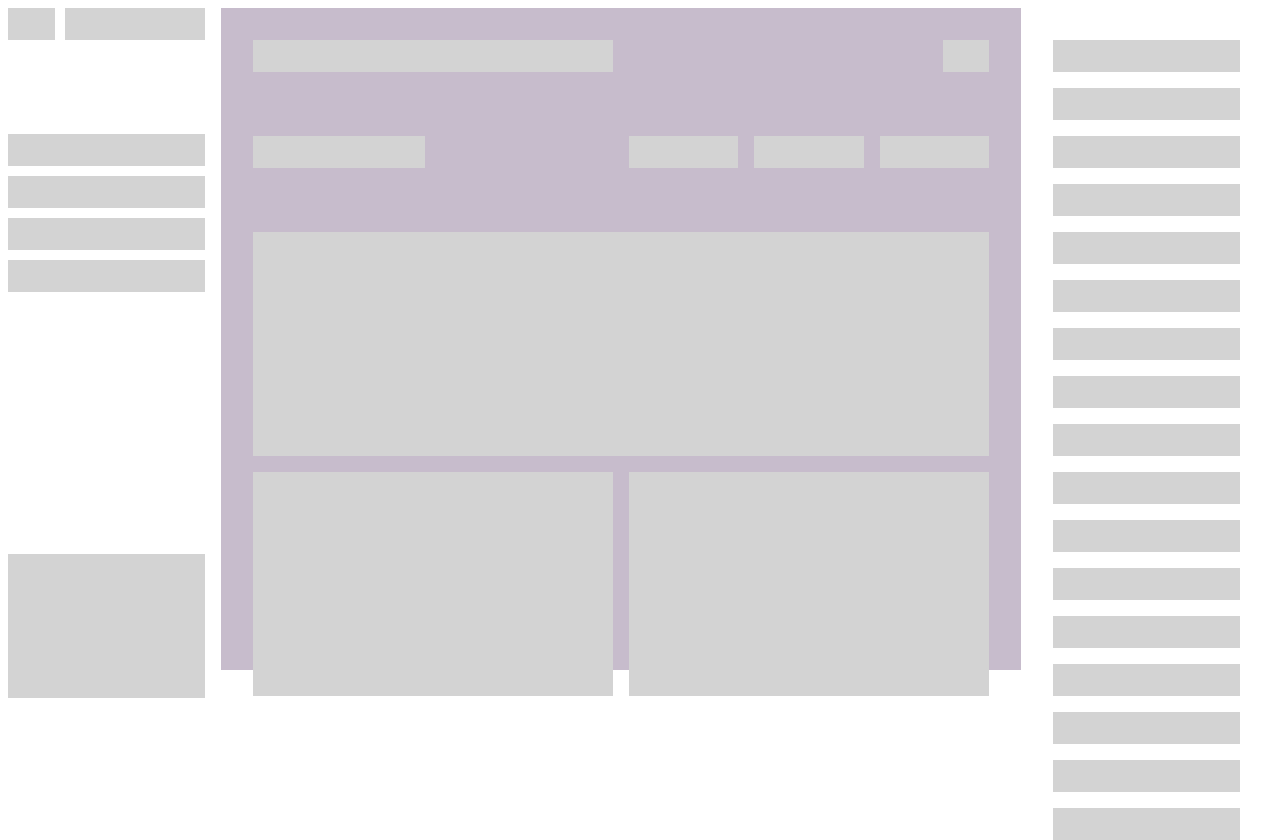
Repository: tr2cky/exercise2
Page: index.html
The author's editor kept a copy of each file at every save. The page is drawn from the files as they stood at one save, then again after the next save.
The browser window is 1280 px wide. The pictures show the whole page.

Above is the page before, as saved 2022-10-01 18:54:10.

After the next save:
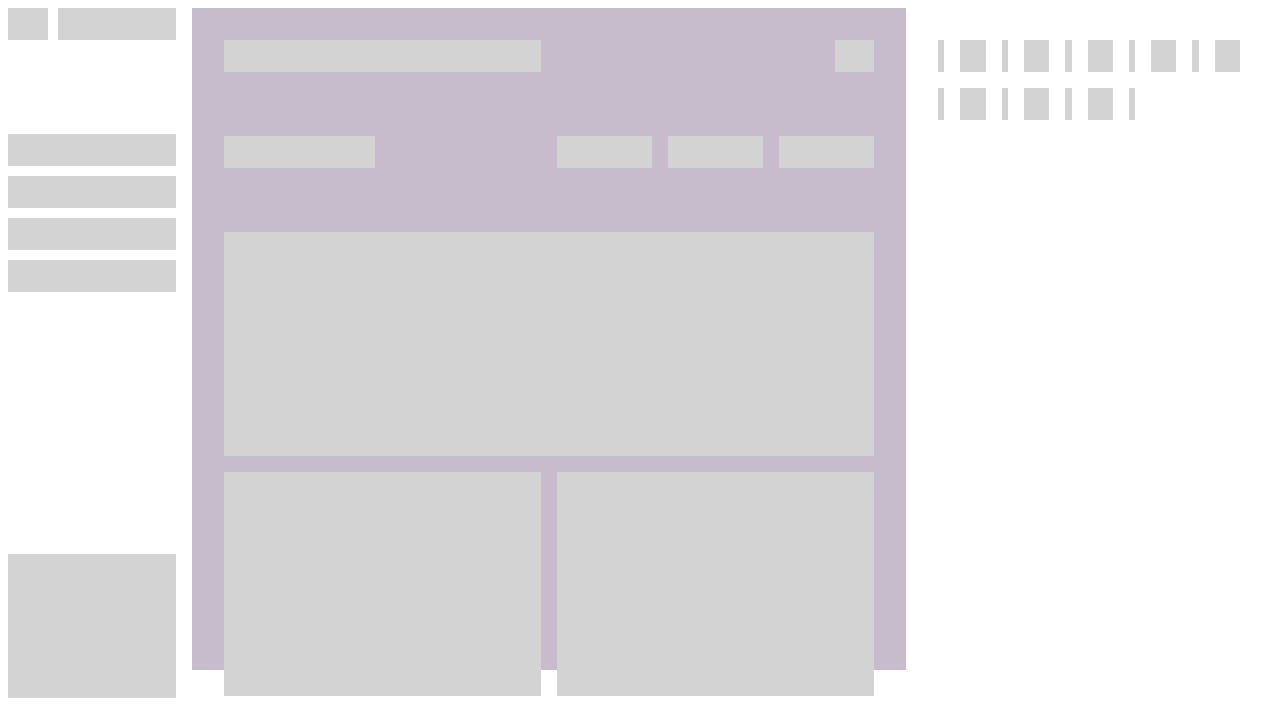
Saved 11 s later.
--- a/style.css
+++ b/style.css
@@ -103,7 +103,7 @@ main div,
 }
 .side2 {
     display: grid;
-    grid-template-columns: repeat(5, 1fr 4fr, 4fr 1fr);
+    grid-template-columns: repeat(5, 1fr 4fr);
     grid-gap: 1em;
     grid-auto-rows: 2em;
     padding: 2em;
